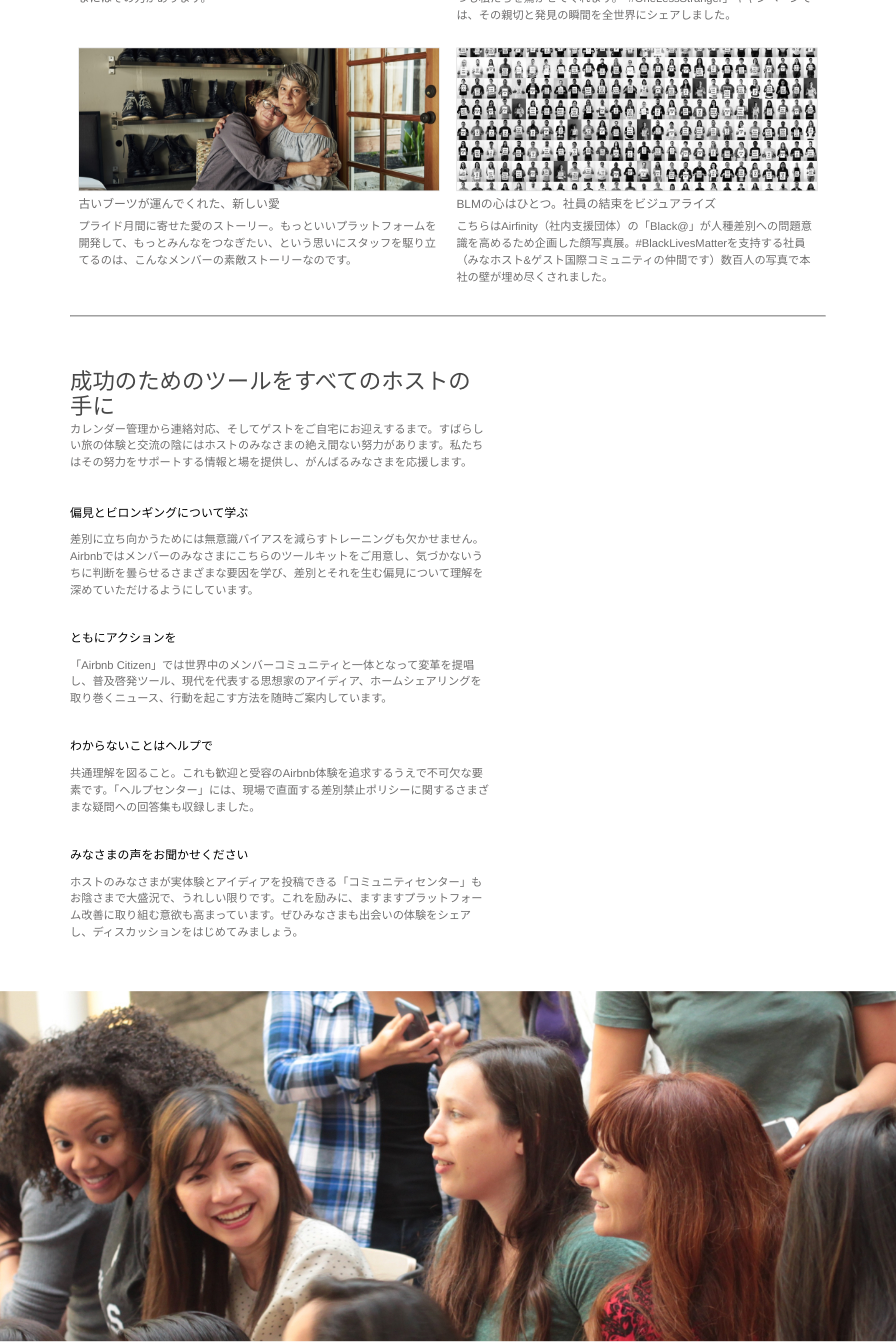
Repository: Ryoma-tech/20200622_htmlcss01
Page: index.html
An editor plug-in stored every save of this project. The page is shown before and after the next save, followed by the edit.
The browser window is 1280 px wide. The pictures show the part of the page from y = 2000 to 3920 px (the page is 3920 px tall before and 3820 px after), at 70% of full size.

Above is the page before, as saved 2020-06-24 14:35:13.

After the next save:
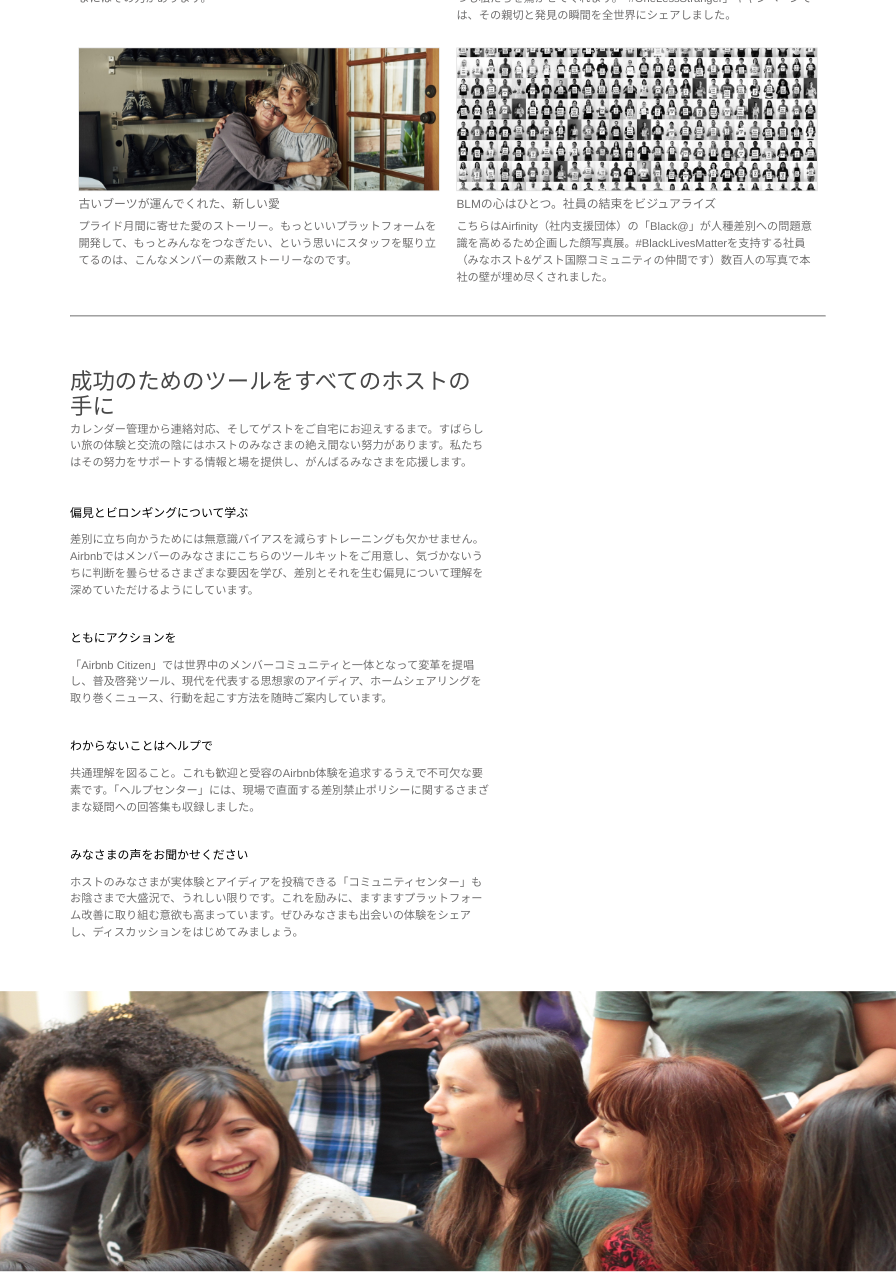
Saved 37 s later.
--- a/style.css
+++ b/style.css
@@ -309,5 +309,5 @@
 
 .breakImage {
     width: 100%;
-    height: 500px;
-}
+    height: 400px;
+}

After the save that followed:
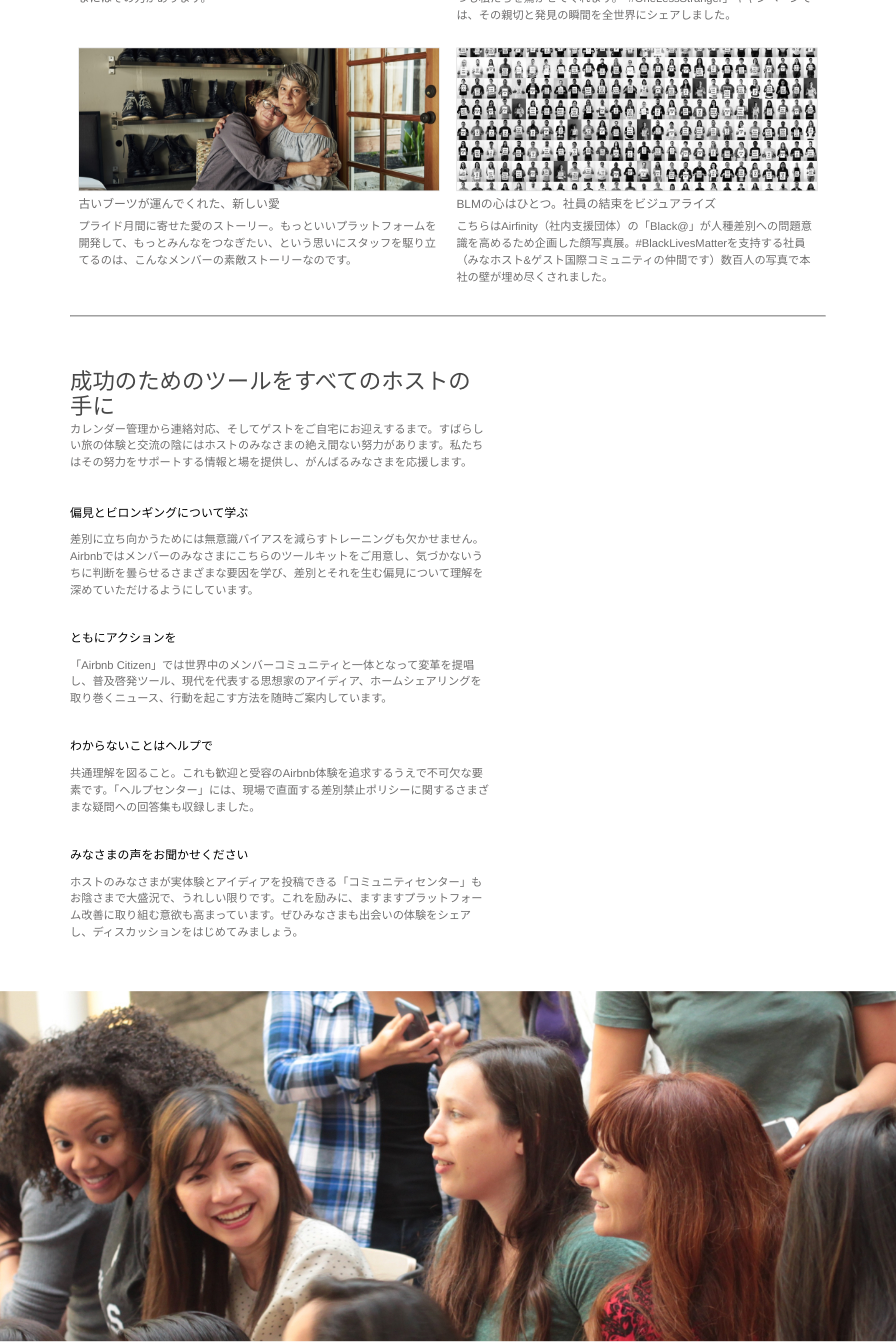
Saved 31 s later.
--- a/style.css
+++ b/style.css
@@ -309,5 +309,5 @@
 
 .breakImage {
     width: 100%;
-    height: 400px;
-}
+    height: 500px;
+}
